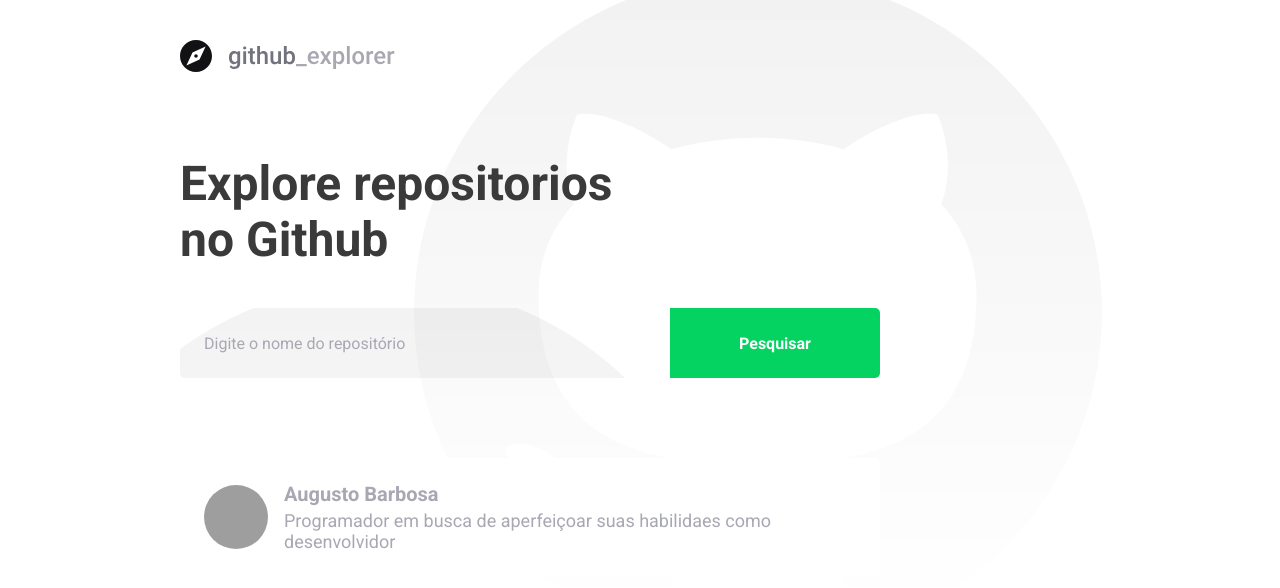
Repository: gutobarbosa/FrontEndLojaVirtual
Page: /
The author's editor kept a copy of each file at every save. The page is drawn from the files as they stood at one save, then again after the next save.
The browser window is 1280 px wide. The pictures show the whole page.
Pictures or frames that could not be fetched are drawn as grey boxes. The project was rebuilt for these pictures with package versions that can differ from the ones it lists, and the page was loaded fresh each time. Also part of the build but not shown: src/pages/Repository/index.tsx.

Above is the page before, as saved 2020-09-06 21:10:31.

After the next save:
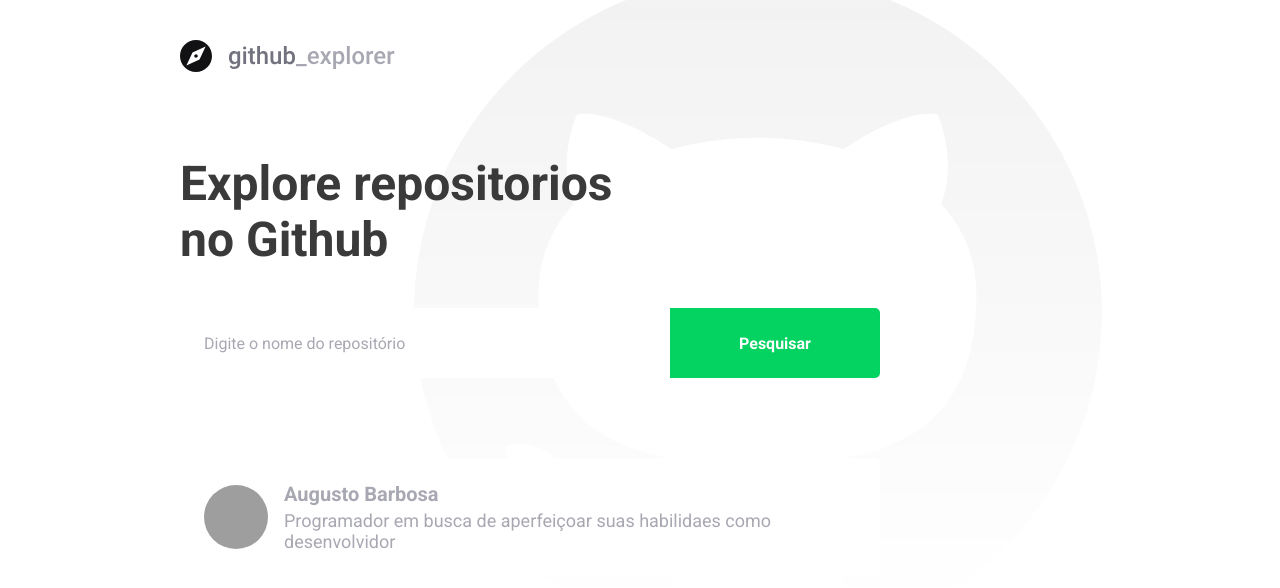
Saved 6 s later.
--- a/src/styles/global.ts
+++ b/src/styles/global.ts
@@ -17,9 +17,6 @@
  }
  input, body, button {
      font: 16px Roboto, sans-serif;
-     background-color: #F0F0F5;
-    -webkit-font-smoothing: antialiased;
-    background: url(${subpageimage}) no-repeat 70% top;
 
  }
  #root {
